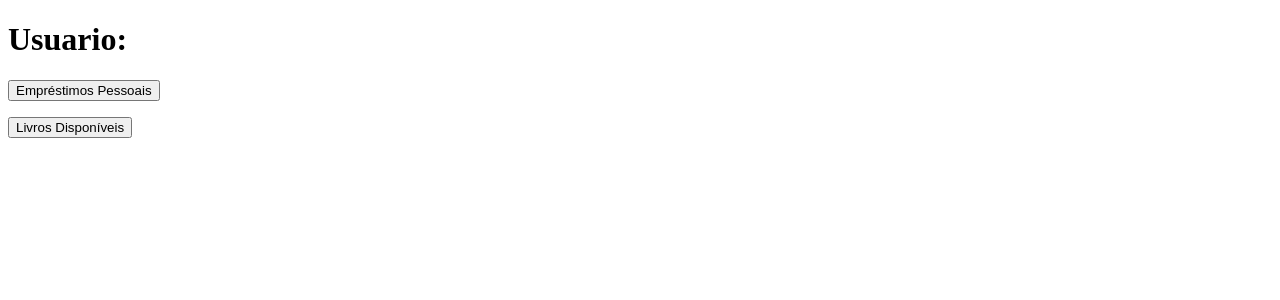
Repository: lmsmorais/ProjectEpiousion
Page: http://localhost/LibraryProject/jsp/usuarioNormal.jsp
These files come from the project's save history. The page is drawn as it stood at one moment and after the next save; the edit follows.
The browser window is 1280 px wide. The pictures show the whole page.
The page is served by Tomcat 9.

Above is the page before, as saved 2020-11-12 14:26:27.

After the next save:
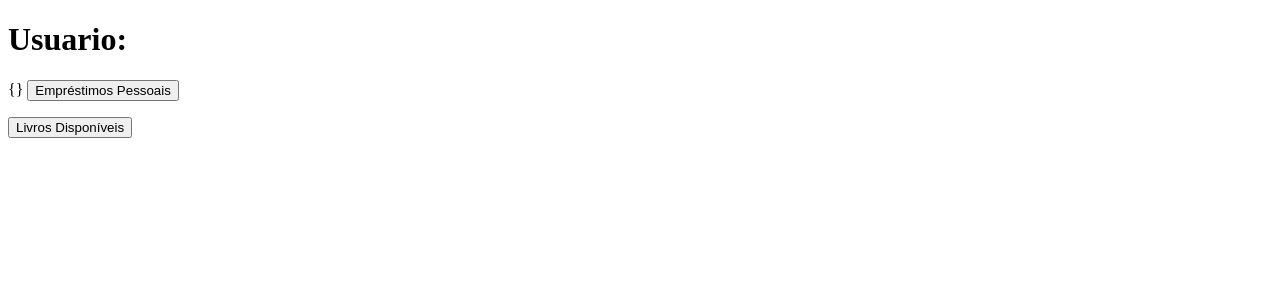
Saved 12 s later.
--- a/LibraryProject/WebContent/jsp/usuarioNormal.jsp
+++ b/LibraryProject/WebContent/jsp/usuarioNormal.jsp
@@ -8,7 +8,7 @@
 </head>
 <body>
 	<h1>Usuario: </h1>
-	${sessionScope.cliente.nome}
+	${sessionScope}
 
 	<A HREF='${pageContext.request.contextPath}/jsp/EmprestimosUsuarioNormal.jsp'><button>Empréstimos Pessoais</button></A>
 	<p>

After the save that followed:
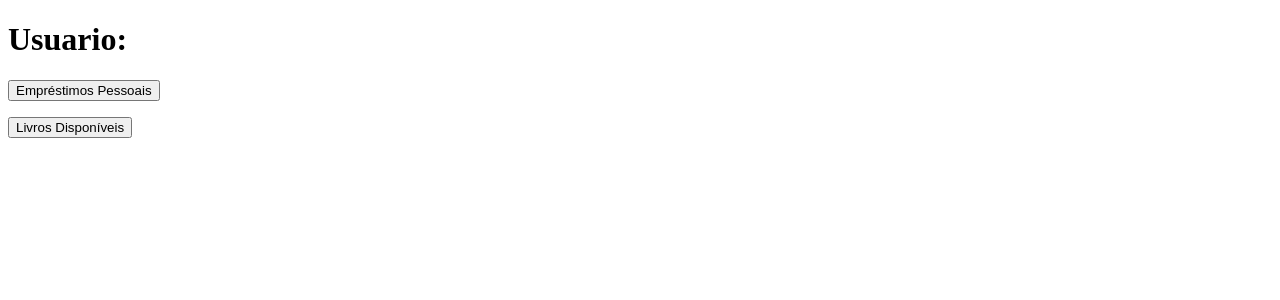
Saved 5 min 12 s later.
--- a/LibraryProject/WebContent/jsp/usuarioNormal.jsp
+++ b/LibraryProject/WebContent/jsp/usuarioNormal.jsp
@@ -8,7 +8,7 @@
 </head>
 <body>
 	<h1>Usuario: </h1>
-	${sessionScope}
+	${sessionScope.nomeUsuario}
 
 	<A HREF='${pageContext.request.contextPath}/jsp/EmprestimosUsuarioNormal.jsp'><button>Empréstimos Pessoais</button></A>
 	<p>
